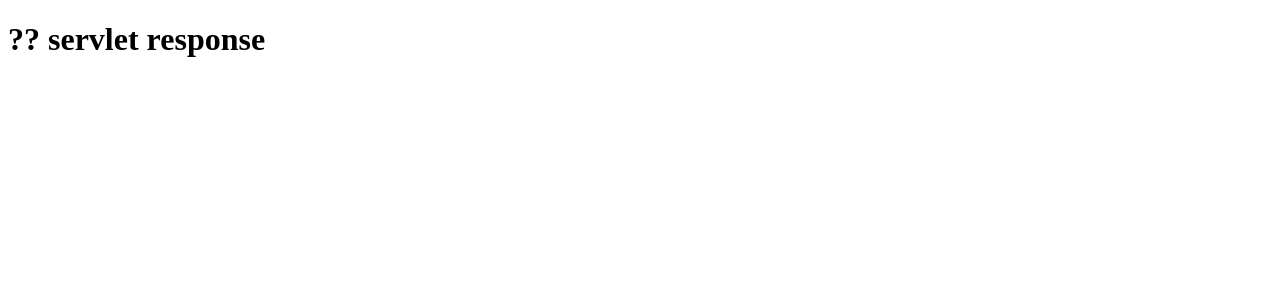
Repository: jisoo9603/servlet
Page: http://localhost/chap05-response-lecture-source/response
The author's editor kept a copy of each file at every save. The page is drawn from the files as they stood at one save, then again after the next save.
The browser window is 1280 px wide. The pictures show the whole page.
The page is served by Tomcat 9.

Above is the page before, as saved 2023-03-21 01:52:53.

### workspace/chap05-response-lecture-source/src/main/java/com/greedy/section01/response/ResponseTestServlet.java
package com.greedy.section01.response;

import java.io.IOException;
import java.io.PrintWriter;

import javax.servlet.ServletException;
import javax.servlet.annotation.WebServlet;
import javax.servlet.http.HttpServlet;
import javax.servlet.http.HttpServletRequest;
import javax.servlet.http.HttpServletResponse;


@WebServlet("/response")
public class ResponseTestServlet extends HttpServlet {


	protected void doGet(HttpServletRequest request, HttpServletResponse response) throws ServletException, IOException {

		/* 서블릿이 하는 역할은 크게 3가지로 볼 수 있다.
		 * 1. 요청 받기 - request객체 이용
		 * 	  - parameter를 꺼내올 수 있다.
		 * 2. 비지니스 로직 처리
		 * 	  - 서비스 호출(MVC)
		 * 3. 응답하기 - response객체 이용
		 * 	  - 문자열로 동적인 웹페이지를 만들어서 스트림을 이용해 내보내기
		 * */


		StringBuilder responseBuilder = new StringBuilder();
		responseBuilder.append("<!doctype html>\n")
						.append("<html>\n")
						.append("<head>\n")
						.append("<head>\n")
						.append("<body>\n")
						.append("<h1>안녕 servlet response</h1>\n")
						.append("<body>\n")
						.append("</html>");

		/* content-type 헤더의 값은 null이 기본값이다. (text/plain) */
		System.out.println("default response type : " + response.getContentType());

		response.setContentType("text/html charset=UTF-8");
		PrintWriter out = response.getWriter();

		out.print(responseBuilder.toString());
		out.flush();
		out.close();
	}

}

After the next save:
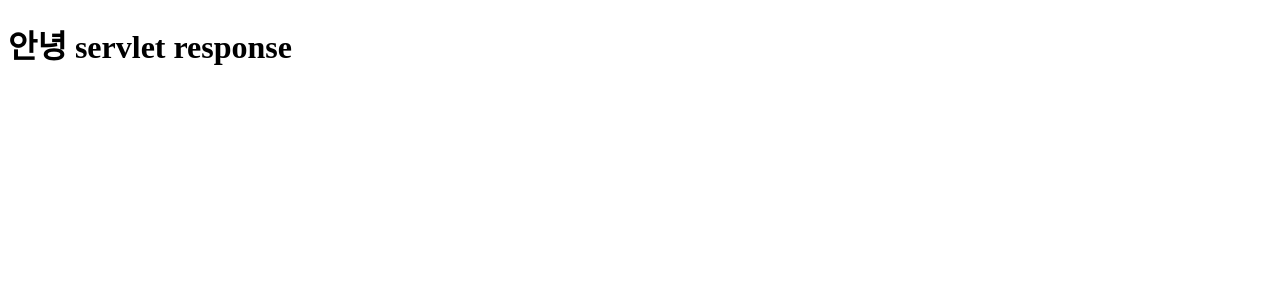
Saved 19 s later.
--- a/workspace/chap05-response-lecture-source/src/main/java/com/greedy/section01/response/ResponseTestServlet.java
+++ b/workspace/chap05-response-lecture-source/src/main/java/com/greedy/section01/response/ResponseTestServlet.java
@@ -39,7 +39,7 @@ public class ResponseTestServlet extends HttpServlet {
 		/* content-type 헤더의 값은 null이 기본값이다. (text/plain) */
 		System.out.println("default response type : " + response.getContentType());
 
-		response.setContentType("text/html charset=UTF-8");
+		response.setContentType("text/html; charset=UTF-8");
 		PrintWriter out = response.getWriter();
 
 		out.print(responseBuilder.toString());
